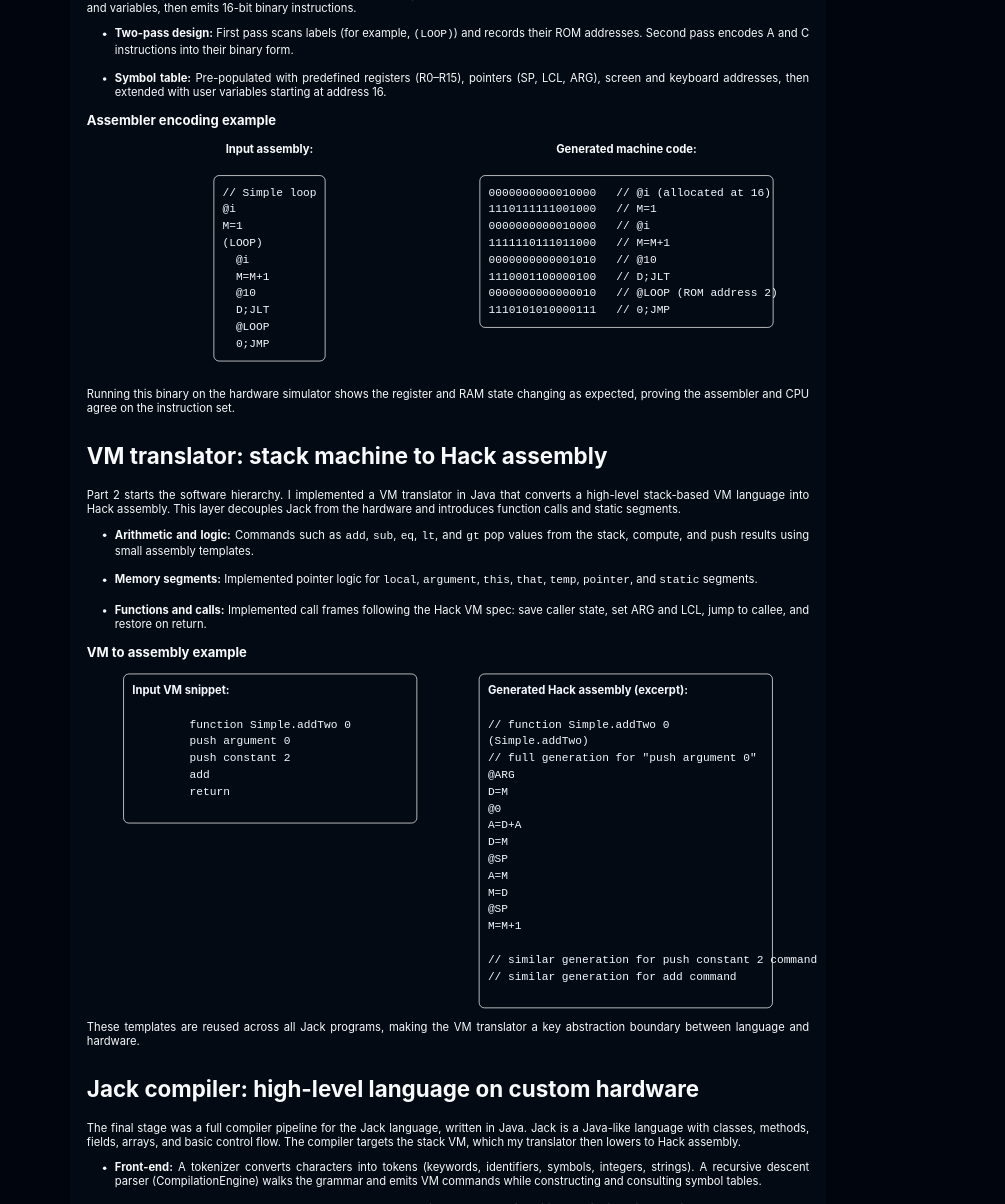
Repository: Abdulaziz-04/Abdulaziz-04.github.io
Page: deepdives/backend_systems/nand2tetris/nand2tetris.html
An editor plug-in stored every save of this project. The page is shown before and after a run of saves, followed by the edit.
The browser window is 1280 px wide. The page is 1280 px wide, then 1436 px, so the pictures cover 1436 px, including what lies to the right of the window. The pictures show the part of the page from y = 2656 to 4376 px (the page is 6101 px tall before and 6251 px after), at 70% of full size.

Above is the page before, as saved 2025-11-20 21:39:59.

After the next 2 saves:
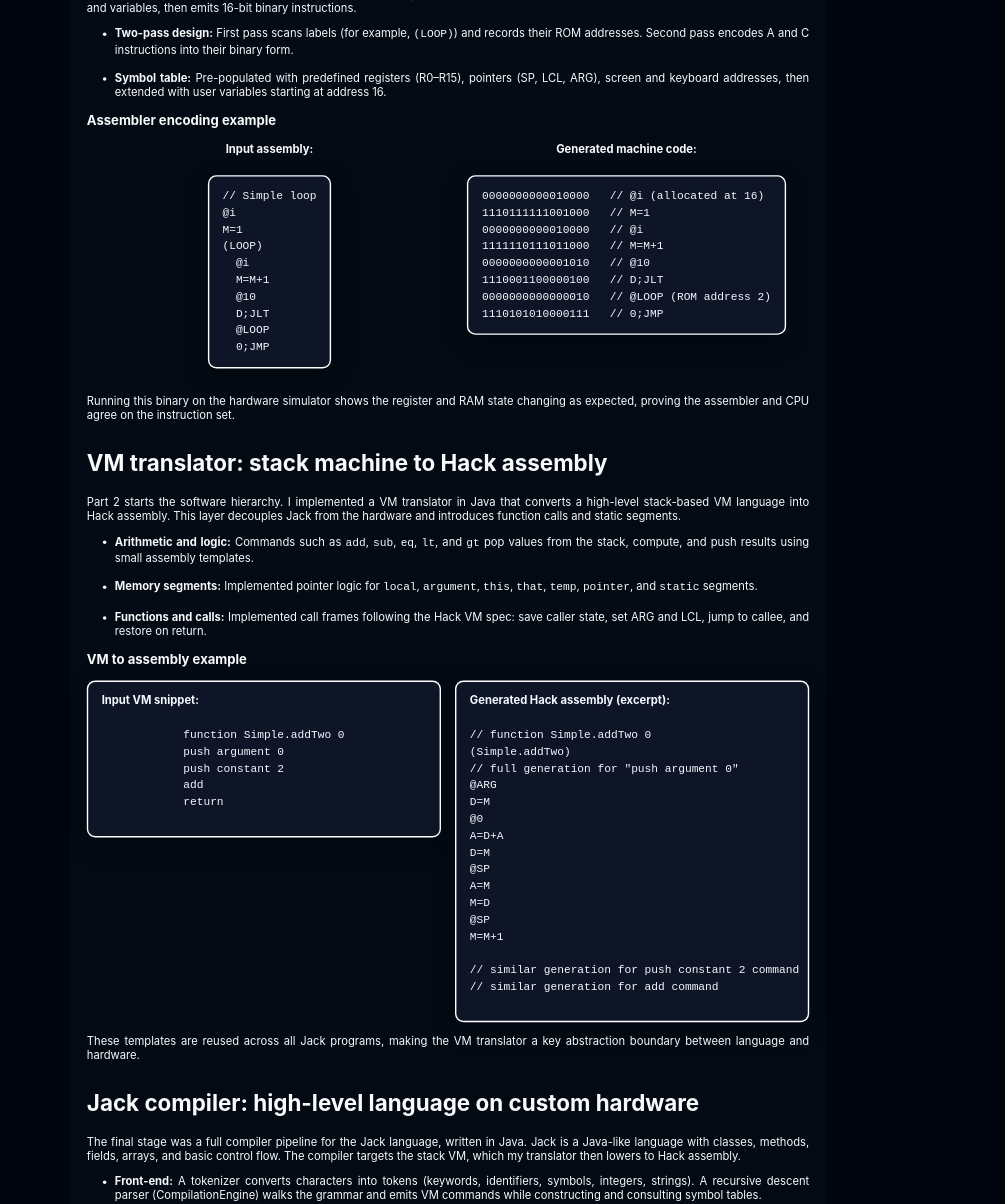
The 2 saves are shown as one change because they came seconds apart.
The last was saved 2 min 53 s later.
--- a/deepdives/backend_systems/nand2tetris/nand2tetris.html
+++ b/deepdives/backend_systems/nand2tetris/nand2tetris.html
@@ -65,16 +65,16 @@
 
       .code-card {
         color: #f6f8ff;
-        border: 1px solid #ffffff;
-        border-radius: 8px;
-        padding: 0.75rem;
-        background: transparent;
-        box-shadow: none;
+        border: 2px solid #3b4a6d;
+        border-radius: 12px;
+        padding: 1rem 1.2rem;
+        background: #0d1526;
+        box-shadow: 0 10px 32px rgba(0, 0, 0, 0.24);
         display: flex;
         flex-direction: column;
         gap: 0.5rem;
         width: 100%;
-        max-width: 420px;
+        max-width: 520px;
       }
 
       .code-card__title {
@@ -97,10 +97,10 @@
       .code-grid {
         display: grid;
         grid-template-columns: repeat(2, minmax(0, 1fr));
-        gap: 1rem;
+        gap: 1.25rem;
         align-items: start;
         justify-items: center;
-        max-width: 1000px;
+        max-width: 1100px;
         margin: 0 auto;
       }
 
@@ -472,17 +472,22 @@ M=M+1
           <div>
             <p><b>Generated VM code:</b></p>
             <pre class="code-card asm-block"><code>// method Counter.inc 1
-function Counter.inc 1
-  // push this.value
-  push argument 0
-  pop pointer 0
-  push this 0
-  // push delta
-  push argument 1
-  add
-  pop this 0
-  push constant 0
-  return</code></pre>
+                // method Counter.inc 1
+function Counter.inc 1       // Declare method inc with 1 local variable
+
+// push this.value
+push argument 0             // Load 'this' reference from argument 0
+pop pointer 0               // Set pointer 0 → 'this'
+push this 0                 // Push current this.value
+
+// push delta
+push argument 1             // Push the increment amount (delta)
+add                         // Compute this.value + delta
+pop this 0                  // Store result back into this.value
+
+push constant 0             // Return 0 (dummy return value for void-like method)
+return
+  </code></pre>
           </div>
         </div>
 
